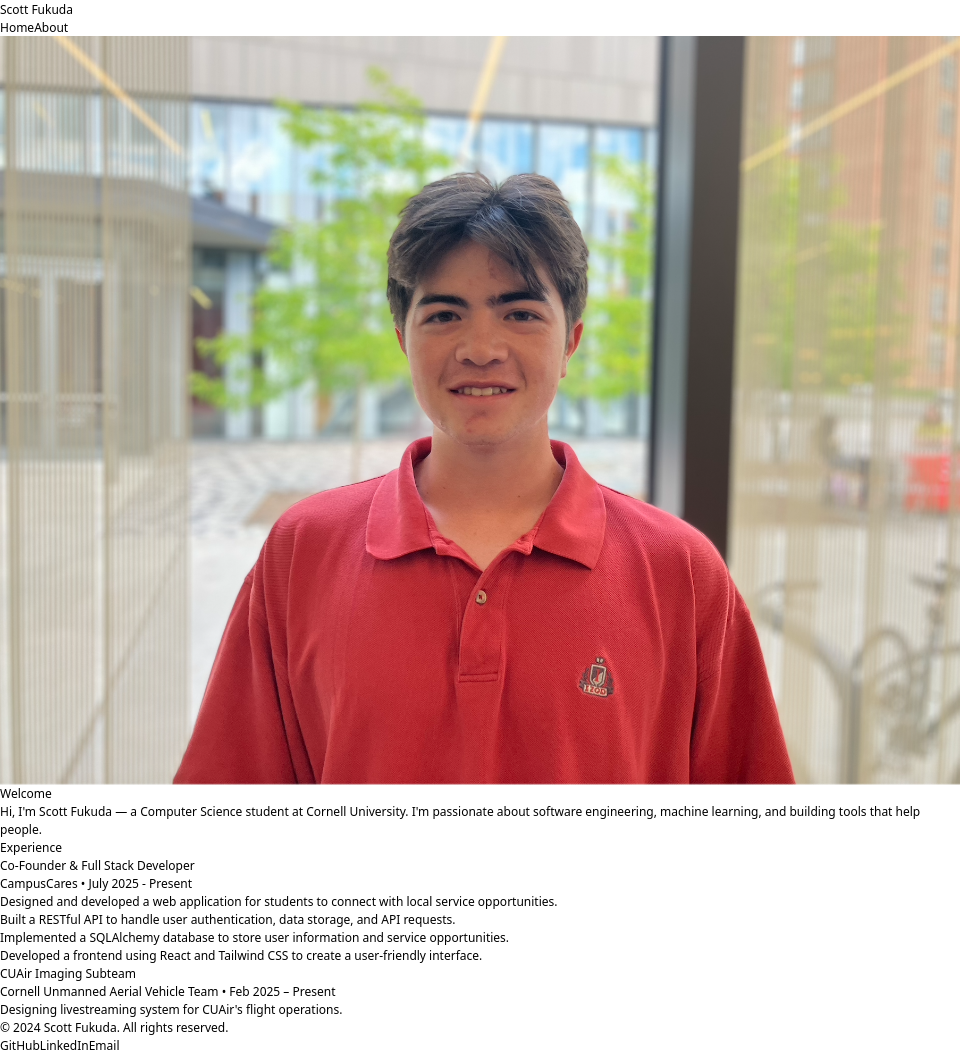
Repository: Scott-Fukuda/personalWebsite
Page: /
An editor plug-in stored every save of this project. The page is shown before and after the next save, followed by the edit.
The browser window is 1280 px wide. The pictures show the whole page, at 75% of full size.
The project was rebuilt for these pictures with package versions that can differ from the ones it lists, and the page was loaded fresh each time. Some packages were replaced by stand-ins written for this rebuild. Also part of the build but not shown: vite.config.js, src/pages/About.jsx.

Above is the page before, as saved 2025-08-27 21:59:50.

### index.html
<!doctype html>
<html lang="en">
  <head>
    <meta charset="UTF-8" />
    <link rel="icon" type="image/svg+xml" href="/sf-logo.svg" />
    <link rel="icon" type="image/svg+xml" href="/sf-logo-192.svg" sizes="192x192" />
    <meta name="viewport" content="width=device-width, initial-scale=1.0" />
    <title>Scott Fukuda - Personal Website</title>
  </head>
  <body>
    <div id="root"></div>
    <script type="module" src="/src/main.jsx"></script>
  </body>
</html>

### src/App.jsx
import { BrowserRouter as Router, Routes, Route } from "react-router-dom";
import Navbar from "./components/Navbar";
import Footer from "./components/Footer";
import Home from "./pages/Home";
import About from "./pages/About";

export default function App() {
  return (
    <Router>
      <div className="min-h-screen bg-gray-50 dark:bg-gray-900 text-gray-900 dark:text-gray-100">
        <Navbar />
        <Routes>
          <Route path="/" element={<Home />} />
          <Route path="/about" element={<About />} />
        </Routes>
        <Footer />
      </div>
    </Router>
  );
}

### src/index.css
@tailwind base;
@tailwind components;
@tailwind utilities;

/* Basic reset and global styles */
* {
  margin: 0;
  padding: 0;
  box-sizing: border-box;
}

body {
  font-family: system-ui, -apple-system, BlinkMacSystemFont, 'Segoe UI', Roboto, sans-serif;
  -webkit-font-smoothing: antialiased;
  -moz-osx-font-smoothing: grayscale;
}

### src/components/Navbar.jsx
import { Link } from "react-router-dom";

export default function Navbar() {
  return (
    <nav className="bg-white dark:bg-gray-800 shadow p-4 sticky top-0 z-50">
      <div className="max-w-5xl mx-auto flex justify-between items-center">
        <h1 className="text-xl font-bold">Scott Fukuda</h1>
        <div className="flex gap-6">
          <Link to="/" className="hover:text-blue-500">Home</Link>
          <Link to="/about" className="hover:text-blue-500">About</Link>
        </div>
      </div>
    </nav>
  );
}

### src/components/Footer.jsx
export default function Footer() {
  return (
    <footer className="bg-white dark:bg-gray-800 shadow mt-12">
      <div className="max-w-5xl mx-auto p-6">
        <div className="flex flex-col md:flex-row justify-between items-center">
          <div className="text-gray-600 dark:text-gray-300">
            © 2024 Scott Fukuda. All rights reserved.
          </div>
          <div className="flex gap-4 mt-4 md:mt-0">
            <a
              href="https://github.com/Scott-Fukuda"
              target="_blank"
              rel="noopener noreferrer"
              className="text-gray-600 dark:text-gray-300 hover:text-blue-500"
            >
              GitHub
            </a>
            <a
              href="https://linkedin.com/in/scott-fukuda-3923172ab/"
              target="_blank"
              rel="noopener noreferrer"
              className="text-gray-600 dark:text-gray-300 hover:text-blue-500"
            >
              LinkedIn
            </a>
            <a
              href="mailto:your.email@example.com"
              className="text-gray-600 dark:text-gray-300 hover:text-blue-500"
            >
              Email
            </a>
          </div>
        </div>
      </div>
    </footer>
  );
}

### src/pages/Home.jsx
import { experiences } from "../data/experiences";

export default function Home() {
  return (
    <div className="max-w-5xl mx-auto p-6">
      {/* Hero section with profile image */}
      <div className="text-center mb-12">
        <div className="flex justify-center mb-6">
          <img
            src="/images/profile.png"
            alt="Scott Fukuda"
            className="w-40 h-40 rounded-full object-cover shadow-xl border-4 border-blue-500"
          />
        </div>
        <h1 className="text-4xl font-bold mb-6">Welcome</h1>
        <p className="text-lg mb-8 max-w-3xl mx-auto">
          Hi, I'm <span className="font-semibold text-blue-600 dark:text-blue-400">Scott Fukuda</span> — a Computer Science student at Cornell University.
          I'm passionate about software engineering, machine learning, and building tools that help people.
        </p>
      </div>

      <h2 className="text-2xl font-semibold mb-6">Experience</h2>
      <div className="space-y-6">
        {experiences.map((exp, i) => (
          <div key={i} className="p-6 rounded-2xl shadow bg-white dark:bg-gray-800 hover:shadow-lg transition-shadow">
            <h3 className="text-xl font-semibold text-gray-900 dark:text-white">{exp.role}</h3>
            <p className="text-gray-600 dark:text-gray-300 mb-2">{exp.company} • {exp.duration}</p>
            <ul className="list-disc list-inside space-y-1 text-gray-700 dark:text-gray-300">
              {exp.description.map((line, j) => (
                <li key={j}>{line}</li>
              ))}
            </ul>
          </div>
        ))}
      </div>
    </div>
  );
}

### src/data/experiences.js
export const experiences = [
  {
    role: "Co-Founder & Full Stack Developer",
    company: "CampusCares",
    duration: "July 2025 - Present",
    description: [
      "Designed and developed a web application for students to connect with local service opportunities.",
      "Built a RESTful API to handle user authentication, data storage, and API requests.",
      "Implemented a SQLAlchemy database to store user information and service opportunities.",
      "Developed a frontend using React and Tailwind CSS to create a user-friendly interface.",
    ],
  },
  {
    role: "CUAir Imaging Subteam",
    company: "Cornell Unmanned Aerial Vehicle Team",
    duration: "Feb 2025 – Present",
    description: [
      "Designing livestreaming system for CUAir's flight operations.",
    ],
  },
];

Loaded but not shown: src/main.jsx (common file); tailwind.config.js (empty)

After the next save:
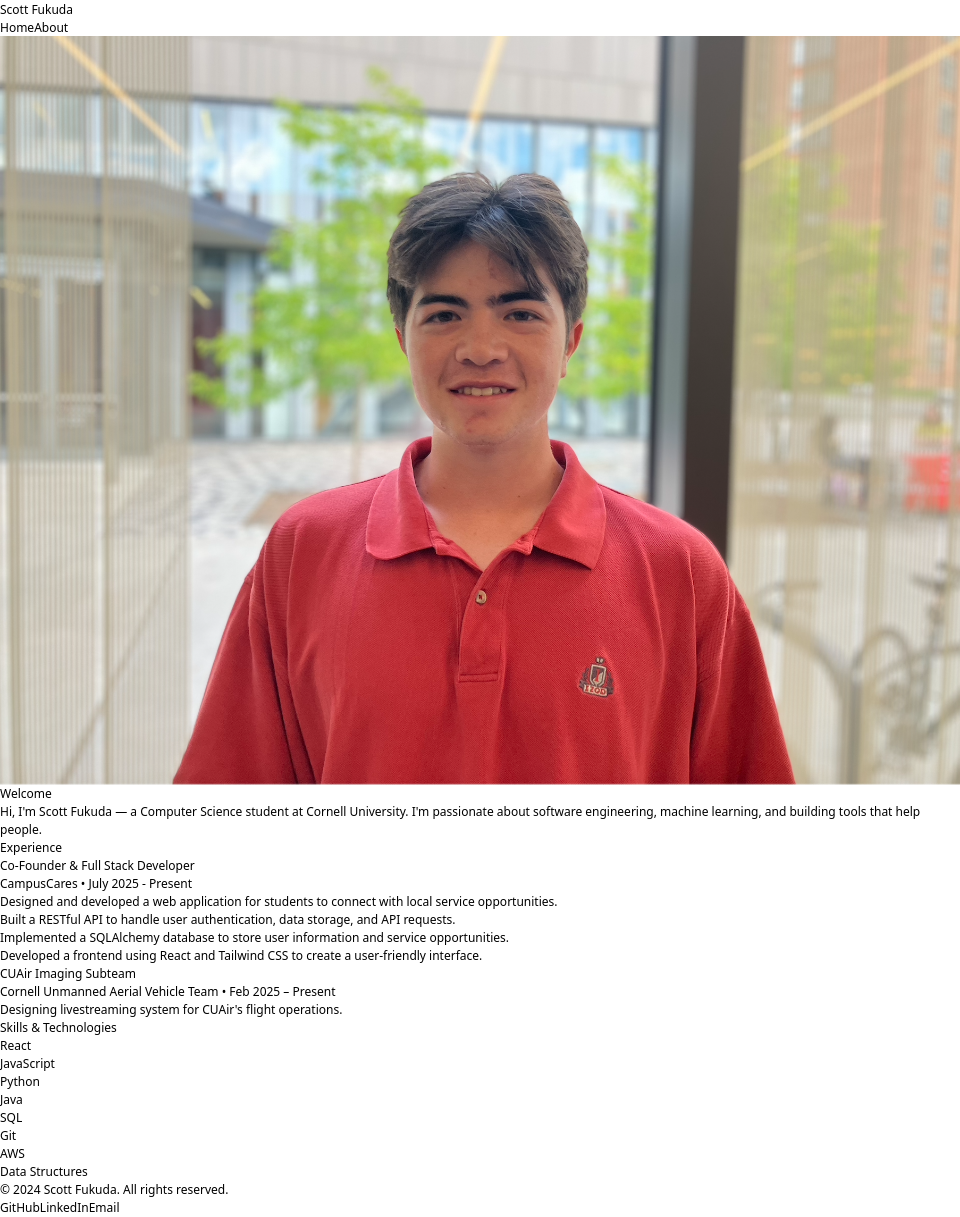
Saved 83 s later.
--- a/src/pages/Home.jsx
+++ b/src/pages/Home.jsx
@@ -20,7 +20,7 @@ export default function Home() {
       </div>
 
       <h2 className="text-2xl font-semibold mb-6">Experience</h2>
-      <div className="space-y-6">
+      <div className="space-y-6 mb-12">
         {experiences.map((exp, i) => (
           <div key={i} className="p-6 rounded-2xl shadow bg-white dark:bg-gray-800 hover:shadow-lg transition-shadow">
             <h3 className="text-xl font-semibold text-gray-900 dark:text-white">{exp.role}</h3>
@@ -33,6 +33,42 @@ export default function Home() {
           </div>
         ))}
       </div>
+
+      {/* Skills section */}
+      <div className="bg-white dark:bg-gray-800 rounded-2xl shadow-lg p-8">
+        <h2 className="text-2xl font-bold mb-6 text-center">Skills & Technologies</h2>
+        <div className="grid grid-cols-2 md:grid-cols-4 gap-4">
+          {[
+            "React", "JavaScript", "Python",
+            "Java", "SQL", "Git",
+            "AWS", "Data Structures"
+          ].map((skill, index) => (
+            <div
+              key={skill}
+              className="bg-gray-100 dark:bg-gray-700 rounded-lg p-3 text-center hover:bg-blue-100 dark:hover:bg-blue-900 transition-colors duration-300"
+              style={{
+                animationDelay: `${index * 100}ms`,
+                animation: 'fadeInUp 0.6s ease-out forwards'
+              }}
+            >
+              {skill}
+            </div>
+          ))}
+        </div>
+      </div>
+
+      <style jsx>{`
+        @keyframes fadeInUp {
+          from {
+            opacity: 0;
+            transform: translateY(20px);
+          }
+          to {
+            opacity: 1;
+            transform: translateY(0);
+          }
+        }
+      `}</style>
     </div>
   );
 }
